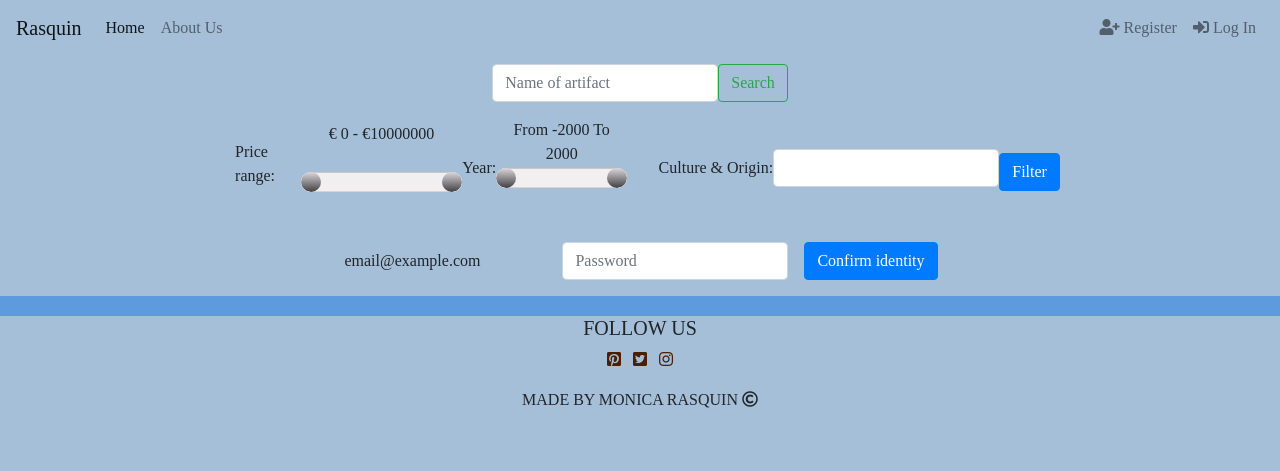
Repository: Rasquin/auction
Page: templates/base.html
The author's editor kept a record of every edit. The page is drawn from the files as they stood at one moment, then again after the next edit.
The browser window is 1280 px wide. The pictures show the whole page.
The template is drawn by Django 2.2. The application's start-up code is not run. Other server files are loaded and not shown. The template is opened directly, without the code that normally fills it, so the values that code supplies are empty.

Above is the page before.

### templates/base.html
<!DOCTYPE html>

{% load staticfiles %}

<html lang="en">

<head>
    <meta charset="UTF-8">
    <meta name="viewport" content="width=device-width, initial-scale=1.0">
    <meta http-equiv="X-UA-Compatible" content="ie=edge">

    <!-- Bootstrap compiled and minified CSS -->
    <link rel="stylesheet" href="https://stackpath.bootstrapcdn.com/bootstrap/4.3.1/css/bootstrap.min.css" integrity="sha384-ggOyR0iXCbMQv3Xipma34MD+dH/1fQ784/j6cY/iJTQUOhcWr7x9JvoRxT2MZw1T" crossorigin="anonymous">

    <!-- Font Awesome compiled and minified CSS -->
    <link rel="stylesheet" href="{% static 'font-awesome/css/all.css' %}">



    <!-- Own CSS -->
    <link rel="stylesheet" href="{% static 'css/mystyle.css' %}" type="text/css" />


    <!-- Own Scripts -->
    <script type="text/javascript" src="{% static 'js/myscript.js' %}"></script>

    <title>{% block page_title %}{% endblock %}</title>

</head>


<body>
    <!-- NavBar area -->
    <nav class="navbar navbar-expand-lg navbar-light bg-light">
        <!-- NavBar Brand-->
        <a class="navbar-brand" href="#">Rasquin</a>
        <button class="navbar-toggler" type="button" data-toggle="collapse" data-target="#navbarSupportedContent" aria-controls="navbarSupportedContent" aria-expanded="false" aria-label="Toggle navigation">
            <span class="navbar-toggler-icon"></span>
        </button>

        <div class="collapse navbar-collapse" id="navbarSupportedContent">
            <!-- NavBar Home & ABout-->
            <ul class="navbar-nav mr-auto">
                <li class="nav-item active">
                    <a class="nav-link" href="{% url 'index' %}">Home <span class="sr-only">(current)</span></a>
                </li>
                <li class="nav-item">
                    <a class="nav-link" href="{% url 'about' %}">About Us</a>
                </li>

            </ul>
            <!-- NavBar User status-->
            <ul class="navbar-nav navbar-right">
                    {% if user.is_authenticated %}
                        <li class="nav-item">
                            <a class="nav-link" href="{% url 'profile' %}"><i class="fa fa-user"></i> Profile</a>
                        </li>
                        <li class="nav-item">
                            <a class="nav-link" href="{% url 'logout' %}"><i class="fa fa-sign-out-alt"></i> Log Out</a>
                        </li>
                        <li class="nav-item">
                            <a class="nav-link" href="{% url 'view_my_biddings' %}"><i class="fas fa-gavel"></i>My Biddings </a>
                        </li>
                    {%  else %}
                        <li class="nav-item">
                            <a class="nav-link" href="{% url 'register' %}"><i class="fa fa-user-plus"></i> Register</a>
                        </li>
                        <li class="nav-item">
                            <a class="nav-link" href="{% url 'login' %}"><i class="fa fa-sign-in-alt"></i> Log In</a>
                        </li>
                    {% endif %}
                </ul>
        </div>
    </nav>

    <!-- Search & Filter area -->

    <!-- Search -->
    <nav class="navbar navbar-light bg-light justify-content-center">
        <form action="{% url 'search_by_name' %}" method="get" class="form-inline ">
            {% csrf_token %}
            <input type="text" class="form-control" id="artifact_name" name="artifact_name" required placeholder="Name of artifact">
            <button class="btn btn-outline-success  my-2 my-sm-0" type="search">Search</button>
        </form>
    </nav>


    <!-- Filters -->

    <nav class="navbar navbar-light bg-light justify-content-center">
        <form action="{% url 'filters' %}" method="get" class="form-inline">
            {% csrf_token %}
            <!-- Price Filter -->
            <div class="form-group" >
                <div class="col-12 col-md-4">
                    <p><label for="amount">Price range:</label></p>
                </div>
                <div class="col-12 col-md-8">
                    <section class="range-slider-price range-slider">
                        <span class="rangePriceValues rangeValues"></span>
                        <input value="0" min="0" max="10000000" step="5000" type="range" name="min_price">
                        <input value="10000000" min="0" max="10000000" step="5000" type="range" name="max_price">
                    </section>
                </div>
            </div>
            <!-- Year Filter -->
            <div class="form-group mb-2" >
                <label for="amount">Year:</label>

                <div class="col-12 col-md-8">
                    <section class="range-slider-year range-slider">

                        <span class="rangeYearValues"></span>
                        <input value="-2000" min="-2000" max="2020" step="200" type="range" name="min_year">
                        <input value="2020" min="-2000" max="2020" step="200" type="range" name="max_year">
                    </section>
                </div>
            </div>
            <!-- Origin Filter -->
            <div class="form-group mb-2">
                <label for="origin">Culture & Origin:</label>
                <input type="text" class="form-control" id="artifact_origin" name="artifact_origin">
            </div>
            <!-- Filter Button -->
            <div class="form-group">

                    <button class="btn btn-primary" type="search">Filter</button>

            </div>

        </form>
    </nav>

    <nav class="navbar navbar-light bg-light justify-content-center">    <form class="form-inline">
            <div class="form-group mb-2">
                <label for="staticEmail2" class="sr-only">Email</label>
                <input type="text" readonly class="form-control-plaintext" id="staticEmail2" value="email@example.com">
            </div>
            <div class="form-group mx-sm-3 mb-2">
                <label for="inputPassword2" class="sr-only">Password</label>
                <input type="password" class="form-control" id="inputPassword2" placeholder="Password">
            </div>
            <button type="submit" class="btn btn-primary mb-2">Confirm identity</button>
        </form>
   </nav>

    {% block filter %}{% endblock %}

    <!-- Messages area -->
{% if messages %}
<div class="alert alert-success">
        <div class="messages">
            {% for message in messages %}
                {{ message }}
            {% endfor %}
        </div>
    </div>
{% endif %}

    <!-- Content area -->
    <div class="container-general">

        <!-- Block content area -->
        <div class="container-fluid">
            {% block content %} {% endblock %}
        </div>

    </div>

    <!-- Footer area -->
    <footer class="container-fluid">


        <!-- SOCIAL MEDIA-->
        <div class="row ">
            <div class="col-12 text-center">
                <h5 class="text-uppercase">Follow Us</h5>
                <ul class="list-inline social-links">
                    <li class="list-inline-item"><a href="#"><i class="fab fa-pinterest-square"  aria-hidden="true"></i></a></li>
                    <li class="list-inline-item"><a href="#"><i class="fab fa-twitter-square" aria-hidden="true"></i></a></li>
                    <li class="list-inline-item"><a href="#"><i class="fab fa-instagram" aria-hidden="true"></i></a></li>
                </ul>
            </div>
        </div>

        <!--COPYRIGHT-->
        <div class="row ">
            <div class="col-12">

                <p class="text-center text-uppercase">Made by Monica Rasquin <i class="far fa-copyright"></i> </p>
            </div>
        </div>
    </footer>


    <!-- Bootstrap compiled and minified JavaScript -->
    <script src="https://code.jquery.com/jquery-3.3.1.slim.min.js" integrity="sha384-q8i/X+965DzO0rT7abK41JStQIAqVgRVzpbzo5smXKp4YfRvH+8abtTE1Pi6jizo" crossorigin="anonymous"></script>
    <script src="https://cdnjs.cloudflare.com/ajax/libs/popper.js/1.14.7/umd/popper.min.js" integrity="sha384-UO2eT0CpHqdSJQ6hJty5KVphtPhzWj9WO1clHTMGa3JDZwrnQq4sF86dIHNDz0W1" crossorigin="anonymous"></script>
    <script src="https://stackpath.bootstrapcdn.com/bootstrap/4.3.1/js/bootstrap.min.js" integrity="sha384-JjSmVgyd0p3pXB1rRibZUAYoIIy6OrQ6VrjIEaFf/nJGzIxFDsf4x0xIM+B07jRM" crossorigin="anonymous"></script>
    {% block head_js %} {% endblock %}

</body>
</html>

### static/js/myscript.js
//--------------------------------------Slider for Prices filter
function getPriceVals() {
    // Get slider price values
    var parent = this.parentNode;
    var slides = parent.getElementsByTagName("input");
    var slide1 = parseFloat(slides[0].value);
    var slide2 = parseFloat(slides[1].value);
    // Neither slider will clip the other, so make sure we determine which is larger
    if (slide1 > slide2) { var tmp = slide2;
        slide2 = slide1;
        slide1 = tmp; }

    var displayElement = parent.getElementsByClassName("rangePriceValues")[0];
    displayElement.innerHTML = "€ " + slide1 + " - €" + slide2;
}

//--------------------------------------Slider for Year filter
function getYearVals() {
    // Get Year slider values
    var parent = this.parentNode;
    var slides = parent.getElementsByTagName("input");
    var slide1 = parseFloat(slides[0].value);
    var slide2 = parseFloat(slides[1].value);
    // Neither slider will clip the other, so make sure we determine which is larger
    if (slide1 > slide2) { var tmp = slide2;
        slide2 = slide1;
        slide1 = tmp; }

    var displayElement = parent.getElementsByClassName("rangeYearValues")[0];
    displayElement.innerHTML = "From " + slide1 + " To " + slide2;
}

//----------------------------------------------- Initialize Sliders
window.onload = function() {
    // For Price
    var sliderSectionsPrice = document.getElementsByClassName("range-slider-price");
    for (var x = 0; x < sliderSectionsPrice.length; x++) {
        var slidersPrice = sliderSectionsPrice[x].getElementsByTagName("input");
        for (var y = 0; y < slidersPrice.length; y++) {
            if (slidersPrice[y].type === "range") {
                slidersPrice[y].oninput = getPriceVals;
                // Manually trigger event first time to display values
                slidersPrice[y].oninput();
            }
        }
    }
    // For Year
    var sliderSectionsYear = document.getElementsByClassName("range-slider-year");
    for (var x = 0; x < sliderSectionsYear.length; x++) {
        var slidersYear = sliderSectionsYear[x].getElementsByTagName("input");
        for (var y = 0; y < slidersYear.length; y++) {
            if (slidersYear[y].type === "range") {
                slidersYear[y].oninput = getYearVals;
                // Manually trigger event first time to display values
                slidersYear[y].oninput();
            }
        }
    }
}

Loaded but not shown: static/font-awesome/css/all.css (library); static/css/mystyle.css (common file)

After the next edit:
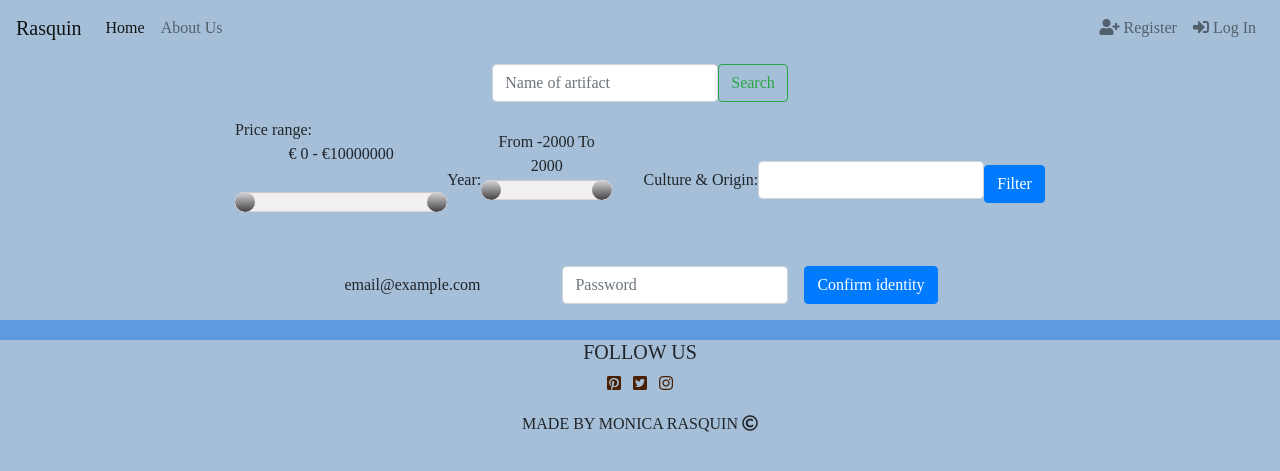
The edit:
--- a/templates/base.html
+++ b/templates/base.html
@@ -91,11 +91,10 @@
         <form action="{% url 'filters' %}" method="get" class="form-inline">
             {% csrf_token %}
             <!-- Price Filter -->
-            <div class="form-group" >
-                <div class="col-12 col-md-4">
-                    <p><label for="amount">Price range:</label></p>
-                </div>
-                <div class="col-12 col-md-8">
+            <div class="form-group mb-2" >
+                <label for="amount">Price range:</label>
+
+                <div class="col-12">
                     <section class="range-slider-price range-slider">
                         <span class="rangePriceValues rangeValues"></span>
                         <input value="0" min="0" max="10000000" step="5000" type="range" name="min_price">
